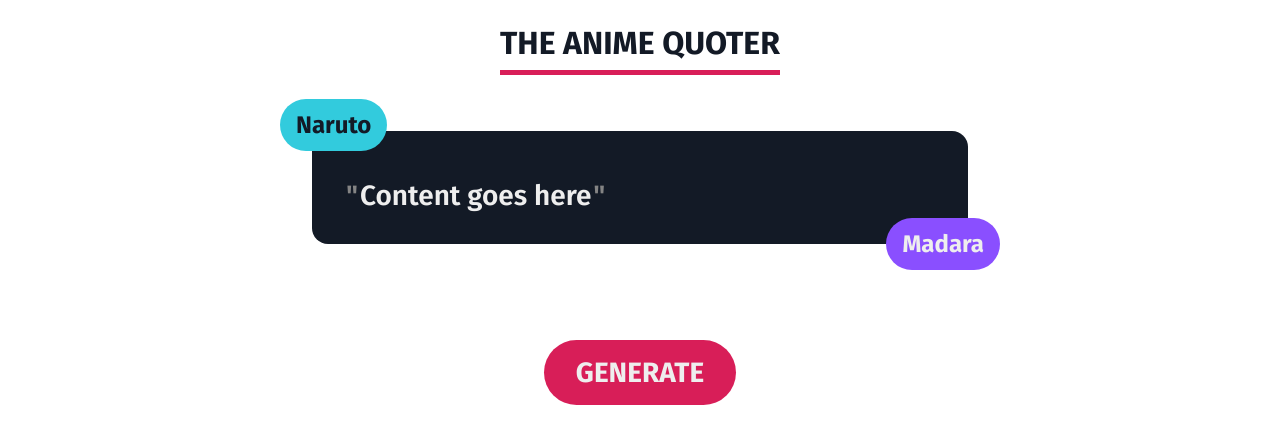
Repository: kate30980/quote-generator-vuejs
Page: /
The author's editor kept a copy of each file at every save. The page is drawn from the files as they stood at one save, then again after the next save.
The browser window is 1280 px wide. The pictures show the whole page.
The page's requests for data from a server got no answer. The project was rebuilt for these pictures with package versions that can differ from the ones it lists, and the page was loaded fresh each time. No one was signed in, and anything a server would have sent is missing.

Above is the page before, as saved 2021-08-24 15:10:49.

### public/index.html
<!DOCTYPE html>
<html lang="">

<head>
  <meta charset="utf-8">
  <meta http-equiv="X-UA-Compatible" content="IE=edge">
  <meta name="viewport" content="width=device-width,initial-scale=1.0">
  <link rel="icon" href="<%= BASE_URL %>favicon.ico">
  <title>
    <%= htmlWebpackPlugin.options.title %>
  </title>
  <link rel="preconnect" href="https://fonts.googleapis.com">
  <link rel="preconnect" href="https://fonts.gstatic.com" crossorigin>
  <link href="https://fonts.googleapis.com/css2?family=Fira+Sans:wght@300;400;600;700&display=swap" rel="stylesheet">
</head>

<body>
  <noscript>
    <strong>We're sorry but <%= htmlWebpackPlugin.options.title %> doesn't work properly without JavaScript enabled.
        Please enable it to continue.</strong>
  </noscript>
  <div id="app"></div>
  <!-- built files will be auto injected -->
</body>

</html>

### src/App.vue
<template>
  <div class="app">
    <Header title="The Anime Quoter" />
    <Quote :quote="quote" />
    <div class="button-container">
      <button @click="getQuote">Generate</button>
    </div>
  </div>
</template>

<script>

import Header from './components/Header.vue';
import Quote from './components/Quote.vue';

export default {
  name: 'App',
  components: {
    Header,
    Quote
  },
  data(){
    return{
      quote: {
        content: 'Content goes here',
        anime: 'Naruto',
        character: 'Madara'
      },
      quotes: [],
    }
  },
  methods: {
    async getQuote(){
      const data = await fetch('https://animechan.vercel.app/api/random').then(res => res.json());

      this.quote = {
        content: data.quote,
        anime: data.anime,
        character: data.character,
      };
    }
  },
  created(){
    this.getQuote();
  }
}
</script>

<style Lang="sass">
:root{
  --primary: #D81E58;
  --secondary: #8A4FFF;
  --tertiary: #32CBDD;
  --dark: #131A26;
  --light: #EEE;
  --grey: #848484;
}
*{
  margin: 0;
  padding: 0;
  box-sizing: border-box;
  font-family: 'Fira Sans', sans-serif;
}
.button-container{
  display: flex;
  justify-content: center;
  padding: 0px 32px;
  margin: 64px auto;
}
button{
  border:none;
  outline: none;
  background-color: var(--primary);

  padding: 16px 32px;border-radius:99px;

  color: var(--light);
  font-size: 28px;
  font-weight: 700;
  text-transform: uppercase;
  cursor: pointer;
  transition: 0.4s;
}
button:hover{
  background-color: var(--secondary);
}
</style>

### src/components/Header.vue
<template>
    <header>
        <h1>{{ title }}</h1>
    </header>
</template>

<script>
export default {
  props: ['title']
}
</script>


<style Lang="sass" scoped>
header{
    padding: 24px 32px;
    display: flex;
    justify-content: center;
}
h1{
    font-size: 32px;
    color: var(--dark);
    font-weight: 700;
    text-align: center;
    text-transform: uppercase;
    padding-bottom: 8px;
    border-bottom: 5px solid var(--primary);

}
</style>

### src/components/Quote.vue
<template>
  <section class="quote">
      <div class="quote-content">
          {{ quote.content }}
      </div>
      <div class="quote-info">
        <div class="quote-anime">
            {{ quote.anime }}
        </div>
        <div class="quote-author">
            {{ quote.character }}
        </div>
      </div>
  </section>
</template>

<script>
export default {
  props: ['quote']
}
</script>


<style Lang="sass" scoped>
.quote{
    position: relative;
    margin: 0 auto;
    padding: 32px;
    max-width: 720px;
}
.quote-content{
    position: relative;
    font-size: 28px;
    font-weight: 600;
    background-color: var(--dark);
    color: var(--light);
    padding: 48px 32px 32px;
    border-radius:16px;
}
.quote-content:before, .quote-content:after{
    content: '"';
    color: var(--grey);
    margin: 0 2px;
}
.quote-info{
    position: absolute;
    top: 0;left: 0;right: 0;bottom: 0;
    padding: 32px;
}
.quote-author,.quote-anime{
    position: absolute;
    padding: 12px 16px;
    font-size: 24px;
    font-weight: 700;
    border-radius: 99px;
    color: var(--light);
    text-align: center;
}
.quote-author{
    top: calc(100% - 32px);right: 0;
    transform: translateY(-50%);
    background-color: var(--secondary );
}
.quote-anime{
    top: 0;
    left: 0;
    background-color: var(--tertiary);
    color: var(--dark);
}
</style>

Loaded but not shown: src/main.js (common file)

After the next save:
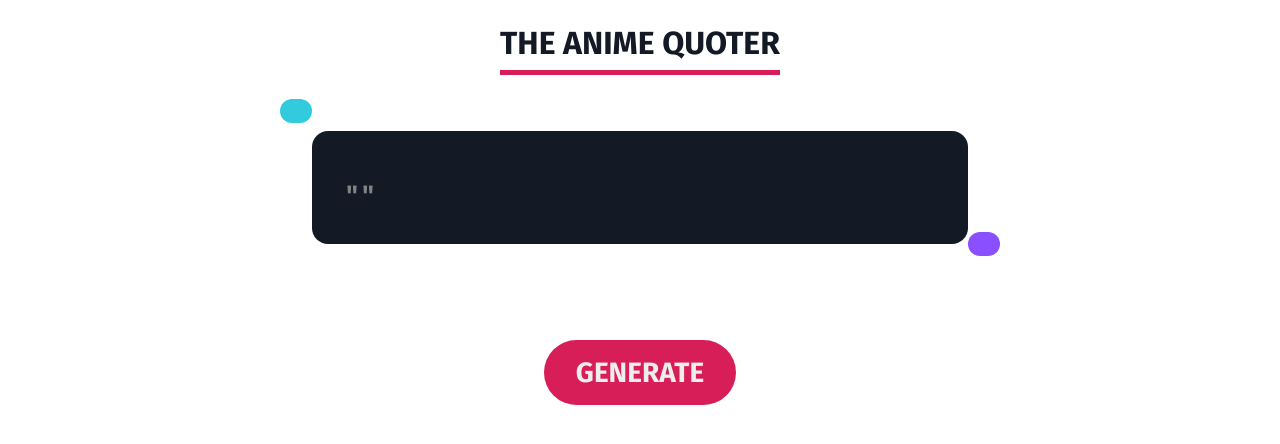
Saved 117 s later.
--- a/src/App.vue
+++ b/src/App.vue
@@ -21,16 +21,16 @@ export default {
   },
   data(){
     return{
-      quote: {
-        content: 'Content goes here',
-        anime: 'Naruto',
-        character: 'Madara'
-      },
+      quote: {},
       quotes: [],
     }
   },
   methods: {
     async getQuote(){
+      if(this.quote.content){
+        this.quotes = [...this.quotes, this.quote];
+      }
+
       const data = await fetch('https://animechan.vercel.app/api/random').then(res => res.json());
 
       this.quote = {
